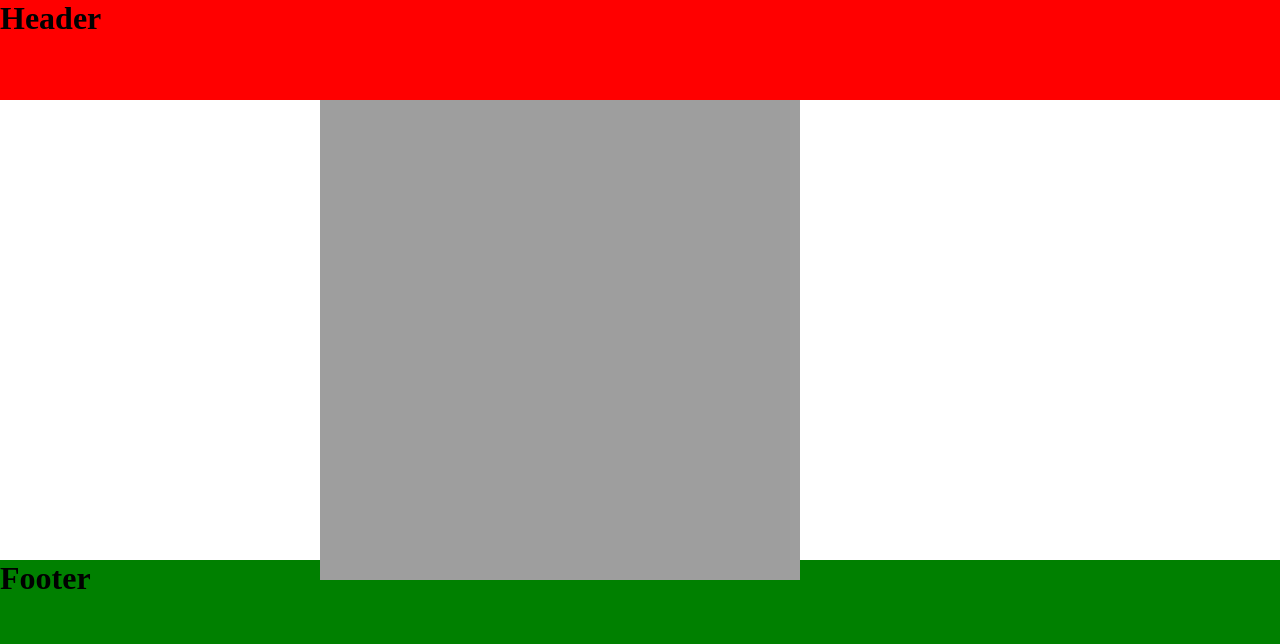
Repository: jameswilky/chess
Page: index.html
An editor plug-in stored every save of this project. The page is shown before and after the next save, followed by the edit.
The browser window is 1280 px wide. The pictures show the whole page.

Above is the page before, as saved 2018-11-21 20:37:29.

After the next save:
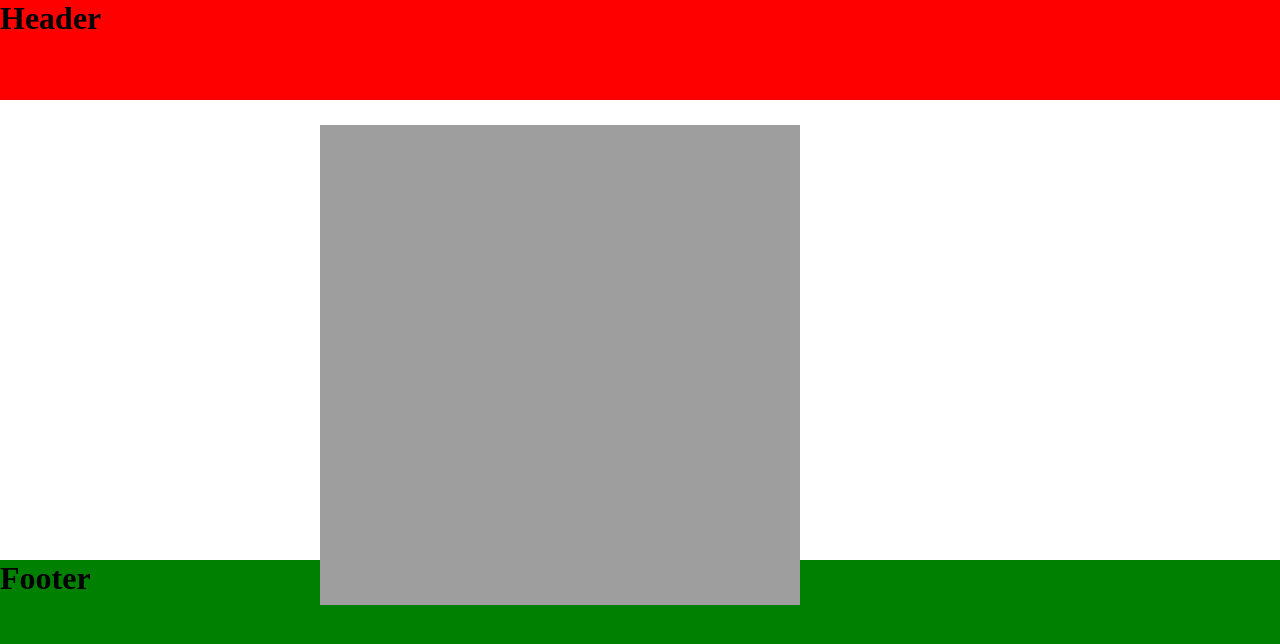
Saved 22 s later.
--- a/style.css
+++ b/style.css
@@ -11,6 +11,7 @@
   top:100px;
   bottom:100px;
   margin: 0 25% 0 25%;
+  padding: 25px;
   overflow: scroll;
 }
 
